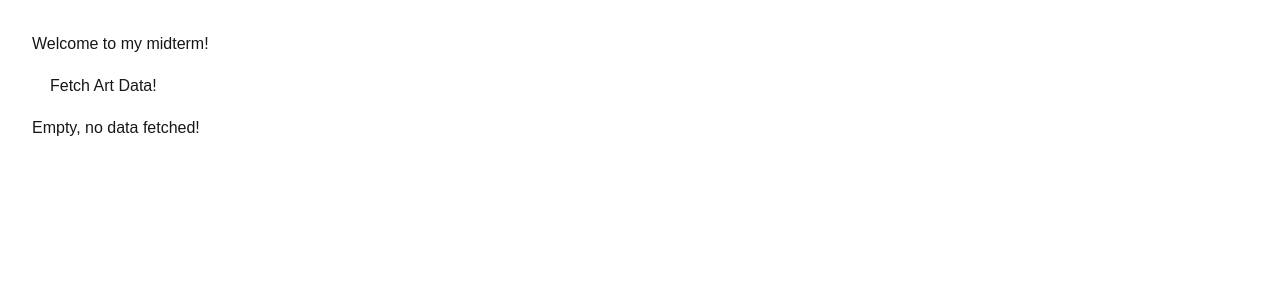
Repository: MelissaJacobi/mdia-3126
Page: / (app in midtermprep/midtermprep/)
An editor plug-in stored every save of this project. The page is shown before and after the next save, followed by the edit.
The browser window is 1280 px wide. The pictures show the whole page.
The project was rebuilt for these pictures with package versions that can differ from the ones it lists, and the page was loaded fresh each time. The framework's server and built-in components were replaced by stand-ins that run in the browser. Also part of the build but not shown: midtermprep/midtermprep/next.config.mjs, midtermprep/midtermprep/src/app/Components/Atoms/Loading.js, midtermprep/midtermprep/src/app/Components/Molecules/ArtCard.js.

Above is the page before, as saved 2024-11-01 13:07:25.

After the next save:
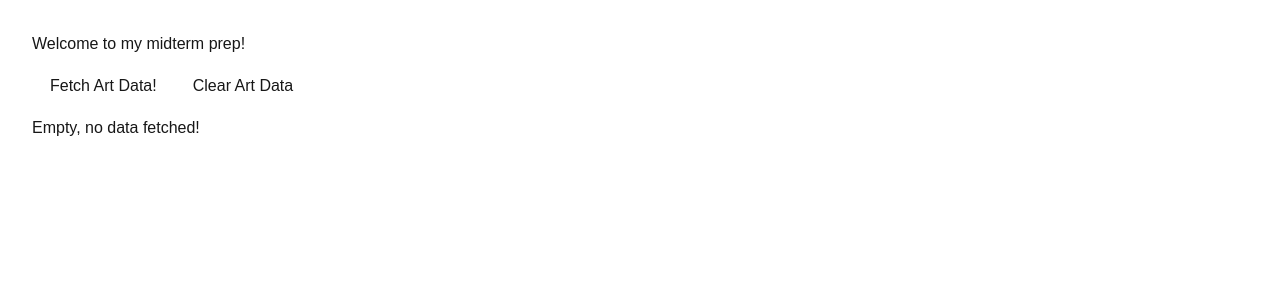
Saved 15 s later.
--- a/midtermprep/midtermprep/src/app/Components/Molecules/Header.js
+++ b/midtermprep/midtermprep/src/app/Components/Molecules/Header.js
@@ -2,14 +2,17 @@
 import React from "react";
 import Button from "../Atoms/Button";
 
-export default function Header({ loading, onFetchData }) {
+export default function Header({ loading, onFetchData, onClearData }) {
   return (
     <header>
-      Welcome to my midterm!
+      Welcome to my midterm prep!
       <br />
       <Button onClick={onFetchData} disabled={loading}>
         {loading ? "Fetching..." : "Fetch Art Data!"}
       </Button>
+      <Button onClick={onClearData} disabled={!loading && !onFetchData}>
+        Clear Art Data
+      </Button>
     </header>
   );
 }
